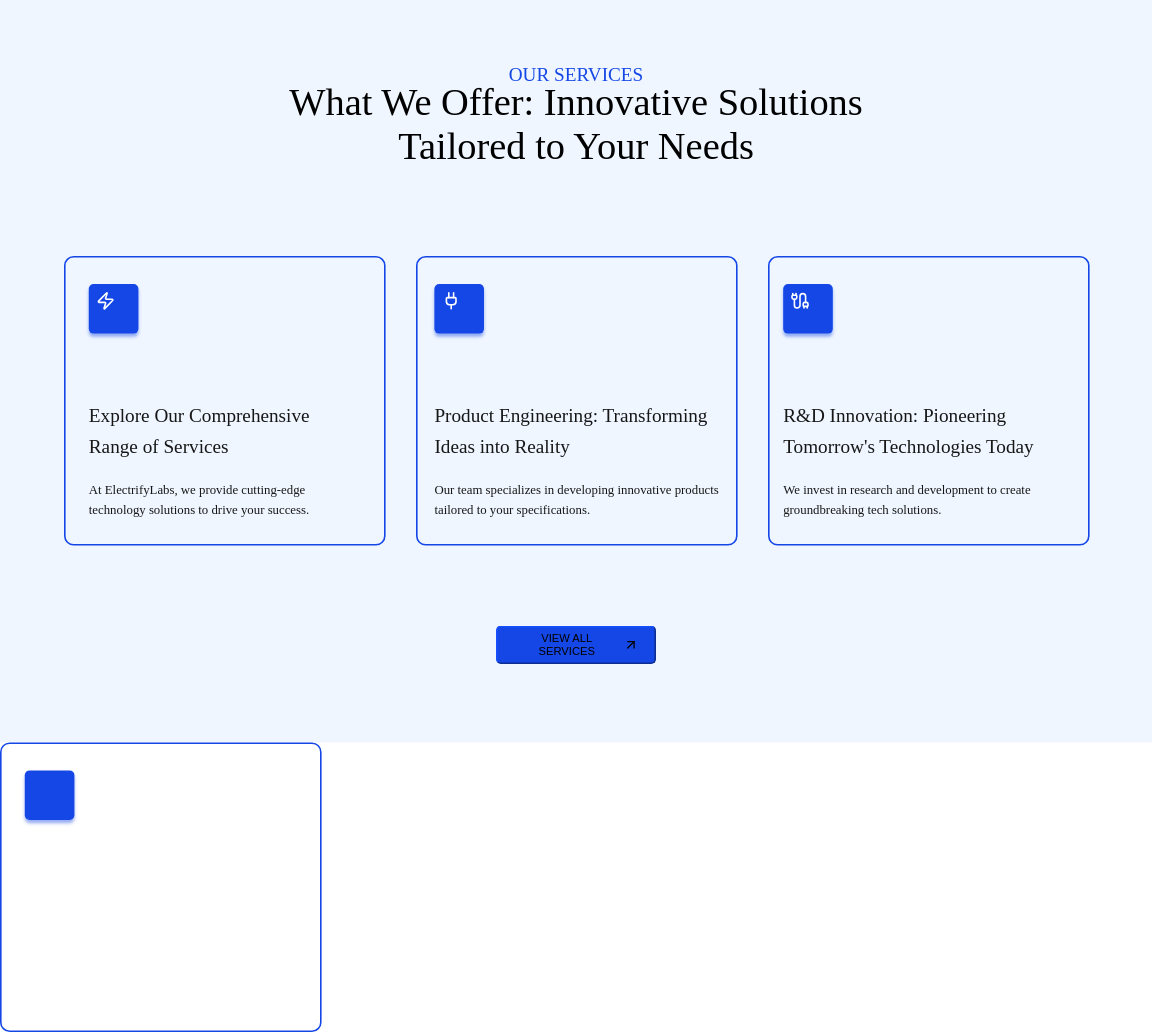
Repository: neelpatel6262/electrifylabs_homepage
Page: /
These files come from the project's save history. The page is drawn as it stood at one moment and after the next save; the edit follows.
The browser window is 1280 px wide. The page is 1440 px wide, so the pictures cover 1440 px, including what lies to the right of the window. The pictures show the whole page, at 80% of full size.
The project was rebuilt for these pictures with package versions that can differ from the ones it lists, and the page was loaded fresh each time. Also part of the build but not shown: vite.config.js.

Above is the page before, as saved 2026-02-20 00:05:49.

After the next save:
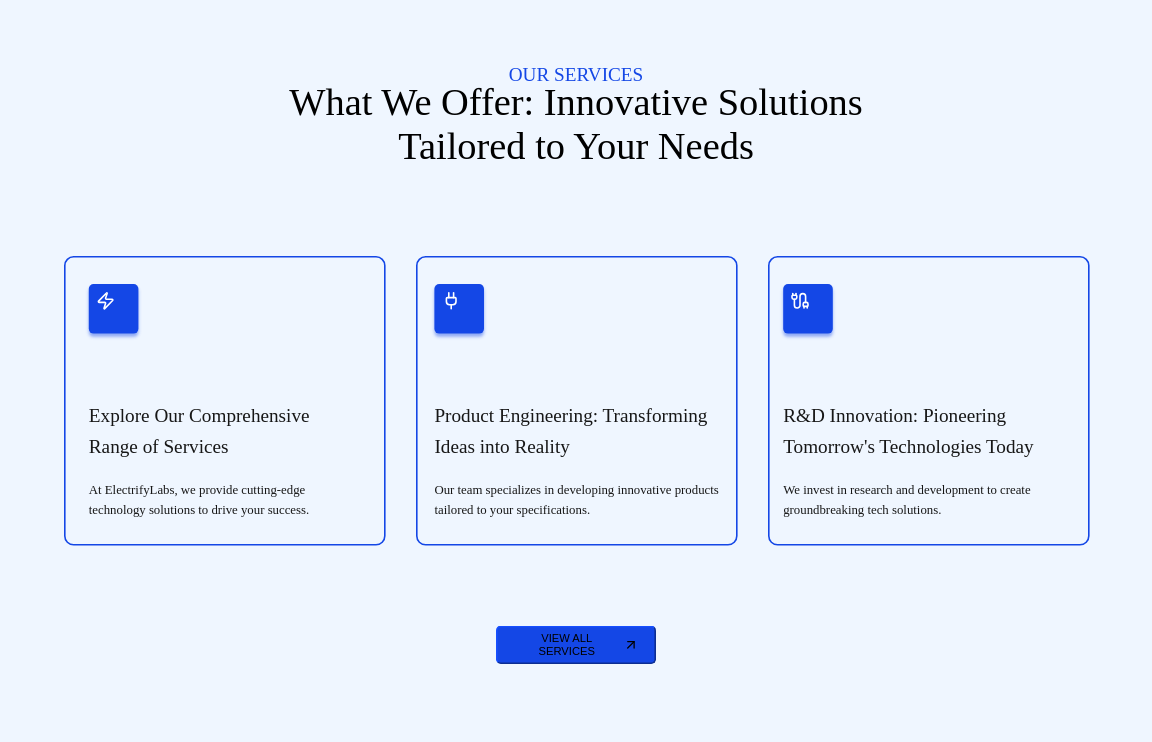
Saved 16 s later.
--- a/src/main.jsx
+++ b/src/main.jsx
@@ -2,13 +2,11 @@
 import { createRoot } from 'react-dom/client'
 import './index.css'
 import ServiceSection from './components/ServiceSection.jsx'
-import ServiceCard from './components/ServiceCard.jsx'
 
 
 
 createRoot(document.getElementById('root')).render(
   <>
     <ServiceSection />
-    <ServiceCard />
   </>
 )
